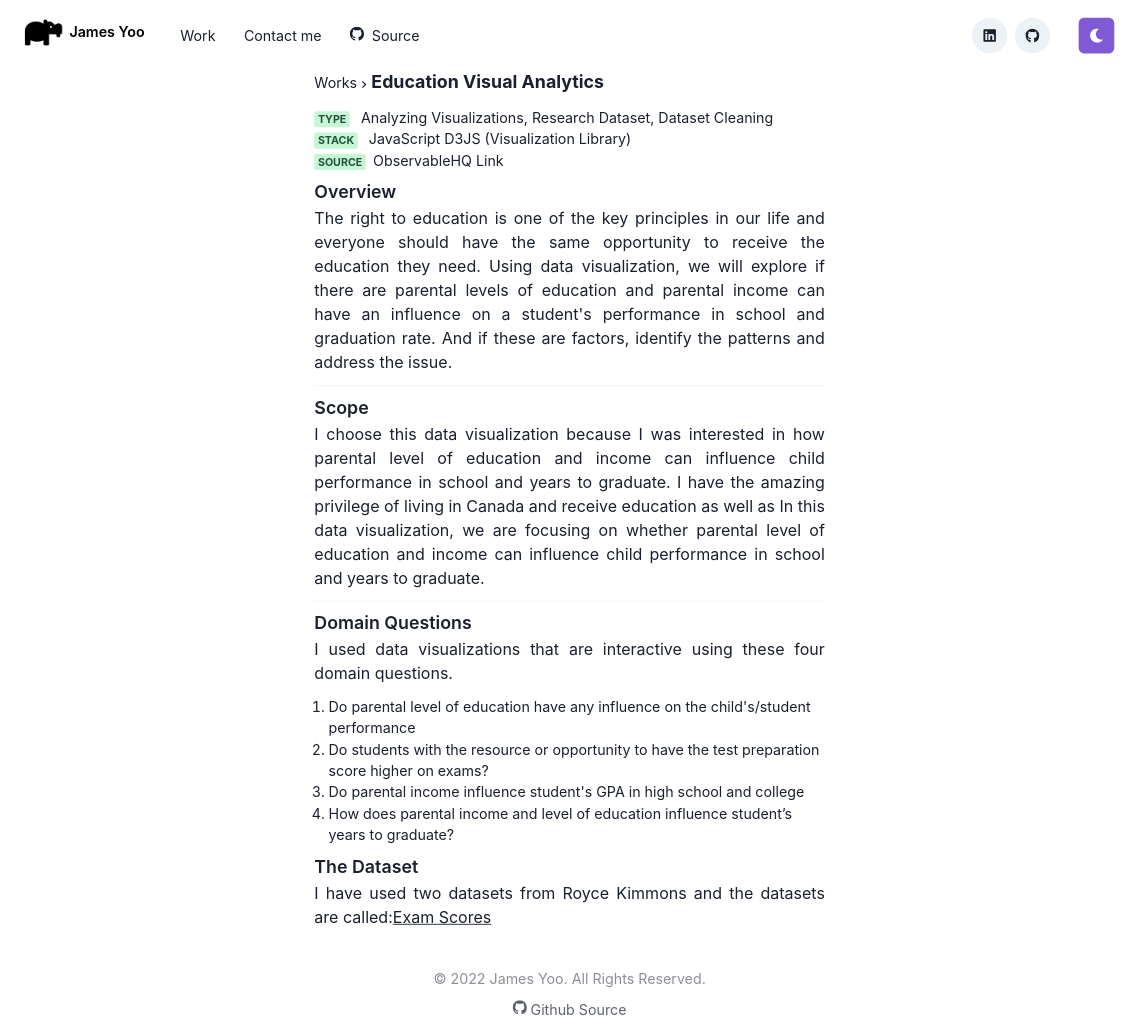
Repository: jammy729/portfolio-2022
Page: /work/educationvisualanalytics
The author's editor kept a copy of each file at every save. The page is drawn from the files as they stood at one save, then again after the next save.
The browser window is 1280 px wide. The pictures show the whole page, at 89% of full size.
The project was rebuilt for these pictures with package versions that can differ from the ones it lists, and the page was loaded fresh each time. Also part of the build but not shown: src/components/home.js, src/components/contact.js, src/components/layouts/layout.js, src/components/work/work.js, src/components/work/Development/WorldInstitutionDatabase/worldinstitutiondatabase.js, src/components/work/Development/GeoMemories/geomemories.js, src/components/work/Design/ExperienceDesign/experiencedesign.js, src/components/work/Development/PersonalPortfolio/personalportfolio.js. Imported but missing from the stored project, and not drawn on this page: src/components/work/Design/FinestCup/finestcup, src/components/work/Development/WorldInstitutionDatabase/universityDatabase.mp4.

Above is the page before, as saved 2022-06-28 16:21:02.

### public/index.html
<!DOCTYPE html>
<html lang="en">
  <head>
    <meta charset="utf-8" />
    <meta name="viewport" content="width=device-width, initial-scale=1" />

    <link rel="shortcut icon" href="%PUBLIC_URL%/hippo.png" />
    <link rel="manifest" href="%PUBLIC_URL%/manifest.json" />

    <title>James Yoo</title>
  </head>
  <body>
    <div id="root"></div>
  </body>
</html>

### src/index.js
import React from 'react'
import ReactDOM from 'react-dom/client'
import './index.css'
import App from './components/App'
import { ChakraProvider, ColorModeScript } from '@chakra-ui/react'

const root = ReactDOM.createRoot(document.getElementById('root'))
root.render(
  <React.StrictMode>
    <ChakraProvider>
      <ColorModeScript initialColorMode='light' />
      <App />
    </ChakraProvider>
  </React.StrictMode>
)

### src/index.css
html, body {
    height: 100%;
  }

### src/components/App.js
import React from 'react'
import Navbar from './navbar'
import { BrowserRouter as Router, Routes, Route } from 'react-router-dom'
import Home from './home'
import Contact from './contact'
import Work from './work/work'
import Footer from './footer'

import UniversityDatabase from './work/Development/WorldInstitutionDatabase/worldinstitutiondatabase'
import GeoMemories from './work/Development/GeoMemories/geomemories'
import FinestCup from './work/Design/FinestCup/finestcup'
import ExperienceDesign from './work/Design/ExperienceDesign/experiencedesign'
import EducationVisualAnalytic from './work/Development/EducationVisualAnalytics/educationvisualanalytics'
import PersonalPortfolio from './work/Development/PersonalPortfolio/personalportfolio'

const App = () => {
  return (
    <Router>
      <Navbar />
      <Routes>
        <Route exact path='/' element={<Home />} />

        <Route exact path='/work' element={<Work />} />
        <Route
          exact
          path='/work/worldinstitutiondatabase'
          element={<UniversityDatabase />}
        />
        <Route exact path='/work/geomemories' element={<GeoMemories />} />
        <Route
          exact
          path='/work/educationvisualanalytics'
          element={<EducationVisualAnalytic />}
        />
        <Route
          exact
          path='/work/personalportfolio'
          element={<PersonalPortfolio />}
        />

        <Route exact path='/work/finestcup' element={<FinestCup />} />
        <Route
          exact
          path='/work/experiencedesign'
          element={<ExperienceDesign />}
        />
        <Route exact path='/contact' element={<Contact />} />
      </Routes>
      <Footer />
    </Router>
  )
}

export default App

### src/components/navbar.js
import { Link } from 'react-router-dom'
import { IconButton } from '@chakra-ui/button'
import { useColorMode } from '@chakra-ui/color-mode'
import { HamburgerIcon } from '@chakra-ui/icons'
import { GoMarkGithub } from 'react-icons/go'
import {
  Flex,
  Stack,
  HStack,
  Spacer,
  MenuItem,
  MenuButton,
  Menu,
  MenuList,
  Box,
  MenuGroup,
  Text,
  Icon
} from '@chakra-ui/react'
import { FaSun, FaMoon, FaGithub, FaLinkedin } from 'react-icons/fa'

import Logo from './logo'
const Navbar = () => {
  const { colorMode, toggleColorMode } = useColorMode()
  const isDark = colorMode === 'dark'
  return (
    <Stack direction={'row'} p={5}>
      <Flex w='full' mx={2}>
        <Logo />

        <HStack
          ml={7}
          justifyContent='center'
          display={{ base: 'none', lg: 'flex' }}
        >
          <Menu>
            <Box px={3}>
              <Link to='./work'>
                <Text>Work</Text>
              </Link>
            </Box>
            <Box px={3}>
              <Link to='/contact'>Contact me</Link>
            </Box>
            <Box px={3} alignItems='center' display='inline-flex'>
              <a
                href='https://github.com/jammy729/portfolio-2022'
                target='blank'
              >
                <Icon as={GoMarkGithub} mr={1} /> Source
              </a>
            </Box>
          </Menu>
        </HStack>

        <Spacer />

        <Box flex={3} align='right' fontSize='md' fontWeight='semibold'>
          <Box flex={1} display={{ base: 'inline-block', lg: 'none' }}>
            <Menu isLazy id='navbar-menu'>
              <IconButton
                boxSize='3rem'
                mx={1}
                icon={isDark ? <FaSun /> : <FaMoon />}
                onClick={toggleColorMode}
                colorScheme={isDark ? 'orange' : 'purple'}
              />
              <MenuButton
                boxSize='3rem'
                as={IconButton}
                icon={<HamburgerIcon />}
                aria-label='Options'
                colorScheme={isDark ? 'blue' : 'blackAlpha'}
              />
              <MenuList w={['80vw', '50vw']}>
                <MenuGroup>
                  <MenuItem pl={5}>
                    <Link to='./work'>Work</Link>
                  </MenuItem>
                  <MenuItem pl={5}>
                    <Link to='./contact'>Contact</Link>
                  </MenuItem>
                  <MenuItem pl={5}>
                    <a
                      href='https://www.linkedin.com/in/james-yoo-b4a1231a5/'
                      target='blank'
                    >
                      <Icon as={FaLinkedin} mr={1} />
                      LinkedIn
                    </a>
                  </MenuItem>
                  <MenuItem pl={5}>
                    <a href='https://github.com/jammy729' target='blank'>
                      <Icon as={GoMarkGithub} mr={1} />
                      GitHub
                    </a>
                  </MenuItem>
                </MenuGroup>
              </MenuList>
            </Menu>
          </Box>
        </Box>

        <Box display={{ base: 'none', lg: 'flex' }}>
          <a
            href='https://www.linkedin.com/in/james-yoo-b4a1231a5/'
            target='blank'
          >
            <IconButton
              icon={<FaLinkedin />}
              isRound='true'
              linkButton={true}
              mx={2}
            />
          </a>
          <a href='https://github.com/jammy729' target='blank'>
            <IconButton icon={<FaGithub />} isRound='true' linkButton={true} />
          </a>
          <IconButton
            ml={8}
            icon={isDark ? <FaSun /> : <FaMoon />}
            onClick={toggleColorMode}
            colorScheme={isDark ? 'orange' : 'purple'}
          />
        </Box>
      </Flex>
    </Stack>
  )
}

export default Navbar

### src/components/footer.js
import { Box, Icon, Text, Container, HStack } from '@chakra-ui/react'
import styled from '@emotion/styled'
import { GoMarkGithub } from 'react-icons/go'

const Bottom = styled.div`
  position: relative;
  width: 100%;
  text-align: center;
  padding-bottom: 10px;
`

const Footer = () => {
  return (
    <Box as='footer'  w="100%" position="absolute" justifyContent="space-between" mt='2rem'>
      <Container opacity={0.5}>
        <Bottom>
          &copy; {new Date().getFullYear()} James Yoo. All Rights Reserved.
        </Bottom>
      </Container>

      <HStack>
        <Bottom>
          <a
            href='https://github.com/jammy729/portfolio-2022'
            target='_blank'
            rel='noopener noreferrer'
          >
            <Text
              opacity={0.7}
              _hover={{
                opacity: '1'
              }}
            >
              <Icon as={GoMarkGithub} mr={1} />
              Github Source
            </Text>
          </a>
        </Bottom>
      </HStack>
    </Box>
  )
}

export default Footer

### src/components/work/Development/EducationVisualAnalytics/educationvisualanalytics.js
import React from 'react'
import { Title, WorkImage, Tag } from '../../../layouts/work-grid'
import {
  Box,
  Container,
  List,
  ListItem,
  OrderedList,
  Divider
} from '@chakra-ui/react'
import { Writing, DescriptionText } from '../../layout'

const EducationVisualAnalytics = () => {
  return (
    <Box>
      <Container>
        <Title>Education Visual Analytics</Title>
        {/* BADGES  */}
        <List>
          <ListItem>
            <Tag> Type </Tag> Analyzing Visualizations, Research Dataset,
            Dataset Cleaning
          </ListItem>
          <ListItem>
            <Tag> Stack </Tag> JavaScript D3JS (Visualization Library)
          </ListItem>
          <ListItem>
            <Tag> Source </Tag>
            <a
              target='blank'
              href='https://observablehq.com/@jamesyoo/iat-355-final-project-spring-2021/2'
            >
              ObservableHQ Link
            </a>
          </ListItem>
        </List>

        {/* OVERVIEW   */}
        <Writing size='md' title='Overview' />
        <DescriptionText>
          The right to education is one of the key principles in our life and
          everyone should have the same opportunity to receive the education
          they need. Using data visualization, we will explore if there are
          parental levels of education and parental income can have an influence
          on a student's performance in school and graduation rate. And if these
          are factors, identify the patterns and address the issue.
        </DescriptionText>

        <Divider />

        {/* SCOPE  */}
        <Writing size='md' title='Scope' />
        <DescriptionText>
          I choose this data visualization because I was interested in how
          parental level of education and income can influence child performance
          in school and years to graduate. I have the amazing privilege of
          living in Canada and receive education as well as In this data
          visualization, we are focusing on whether parental level of education
          and income can influence child performance in school and years to
          graduate.
        </DescriptionText>

        <Divider />

        {/* DOMAIN QUESTIONS  */}
        <Writing size='md' title='Domain Questions' />
        <DescriptionText>
          I used data visualizations that are interactive using these four
          domain questions.
        </DescriptionText>
        <OrderedList>
          <ListItem>
            Do parental level of education have any influence on the
            child's/student performance
          </ListItem>
          <ListItem>
            Do students with the resource or opportunity to have the test
            preparation score higher on exams?
          </ListItem>
          <ListItem>
            Do parental income influence student's GPA in high school and
            college
          </ListItem>
          <ListItem>
            How does parental income and level of education influence student’s
            years to graduate?
          </ListItem>
        </OrderedList>

        {/* THE DATASET  */}
        <Writing size='md' title='The Dataset' />
        <DescriptionText>
          I have used two datasets from Royce Kimmons and the datasets are
          called:
          <a
            href='http://roycekimmons.com/tools/generated_data/exams'
            target='blank'
          >
            <u>Exam Scores</u>
          </a>
        </DescriptionText>
      </Container>
    </Box>
  )
}

export default EducationVisualAnalytics

### src/components/logo.js
import React from 'react'
import { Box, Center, Image, Heading, Text } from '@chakra-ui/react'
import { Link } from 'react-router-dom'
import { useColorMode } from '@chakra-ui/color-mode'
import styled from '@emotion/styled'
import HippoImg from '../contents/hippo.png'
import HippoImgDark from '../contents/hippo-dark.png'
import { useMediaQuery } from '@chakra-ui/react'

const LogoBox = styled.span`
  display: inline-flex;
  align-items: center;

  &:hover img {
    transform: rotate(-10deg);
  }
`
const Logo = () => {
  const { colorMode } = useColorMode()
  const isDark = colorMode === 'dark'
  const [isLargeScreen] = useMediaQuery('(min-width:750px)')
  return (
    <Box>
      <Center>
        <LogoBox>
          <Image
            src={isDark ? HippoImgDark : HippoImg}
            w={{ base: '50px' }}
            pr={2}
          />
          <Heading
            justifyContent='center'
            size={isLargeScreen ? 'md' : 'md'}
            fontWeight='semibold'
            color={isDark ? 'white' : 'black'}
          >
            <Link to='/'>
              <Text fontSize='md'>James Yoo</Text>
            </Link>
          </Heading>
        </LogoBox>
      </Center>
    </Box>
  )
}

export default Logo

### src/components/layouts/work-grid.js
import React from 'react'
import { Link } from 'react-router-dom'
import {
  Box,
  LinkBox,
  LinkOverlay,
  Text,
  Image,
  Heading,
  Badge,
  Center
} from '@chakra-ui/react'
import { useMediaQuery } from '@chakra-ui/media-query'
import { ChevronRightIcon } from '@chakra-ui/icons'
import { useColorMode } from '@chakra-ui/color-mode'

export const WorkGrid = ({ children, id, title, thumbnail }) => {
  const [isLargeScreen] = useMediaQuery('(min-width:750px)')

  return (
    <Box maxW='100%' maxH='auto' pb={6} textAlign='center' position='relative'>
      <Link to={`/work/${id}`}>
        <LinkBox cursor='pointer'>
          <Image
            objectFit='cover'
            margin='auto'
            src={thumbnail}
            alt={title}
            placeholder='blur'
            w='100%'
            h={isLargeScreen ? '300px' : '270px'}
            borderRadius='lg'
            fallbackSrc='https://via.placeholder.com/150'
          />
          <LinkOverlay to={`/work/${id}`}>
            <Text mt={2} fontSize={20} fontWeight='semibold'>
              {title}
            </Text>
          </LinkOverlay>
          <Text fontSize={14} px={5}>
            {children}
          </Text>
        </LinkBox>
      </Link>
    </Box>
  )
}

export const Title = ({ children }) => (
  <Box>
    <Link to='/work'>Works</Link>
    <span>
      <ChevronRightIcon />
    </span>
    <Heading display='inline-block' as='h3' fontSize={20} mb={4}>
      {children}
    </Heading>
  </Box>
)

export const WorkImage = ({ src, alt, caption, w }) => {
  const { colorMode } = useColorMode()

  const isDark = colorMode === 'dark'
  return (
    <Box mb={3}>
      <Image borderRadius='2xl' w={w} src={src} alt={alt} mt={4} />
      <Center>
        <Text color={isDark ? 'gray.300' : 'gray.500'}>{caption}</Text>
      </Center>
    </Box>
  )
}

export const Tag = ({ children }) => (
  <Badge colorScheme='green' mr={2}>
    {children}
  </Badge>
)

### src/components/work/layout.js
import React from 'react'
import { Link } from 'react-router-dom'
import { useColorMode } from '@chakra-ui/color-mode'
import { useMediaQuery } from '@chakra-ui/media-query'

import {
  Center,
  Flex,
  Box,
  Text,
  Button,
  Stack,
  Heading,
  Image
} from '@chakra-ui/react'
import profile from '../work/Home/profile.JPG'
export const HeroSection = ({ name, role, work, contact, src }) => {
  const { colorMode } = useColorMode()
  const isDark = colorMode === 'dark'

  const [isLargeScreen] = useMediaQuery('(min-width:750px)')
  return (
    <Center>
      <Flex>
        <Box>
          <Center>
            <Image
              boxSize={isLargeScreen ? '300px' : '250px'}
              src={profile}
              objectFit='cover'
              borderRadius='lg'
            />
          </Center>

          <Text fontSize='3xl' fontWeight='semibold'>
            {name}
          </Text>
          <Text color={isDark ? 'gray.200' : 'black'} mb={4}>
            {role}
          </Text>
          <Stack direction={isLargeScreen ? 'row' : 'column'}>
            <Link to='./work'>
              <Button
                colorScheme='teal'
                cursor='pointer'
                variant='solid'
                w='100%'
              >
                {work}
              </Button>
            </Link>

            <Link to='./contact'>
              <Button
                colorScheme='teal'
                cursor='pointer'
                variant='outline'
                w='100%'
              >
                {contact}
              </Button>
            </Link>
          </Stack>
        </Box>
      </Flex>
    </Center>
  )
}

export const About = ({ title, bio }) => {
  const [isLargeScreen] = useMediaQuery('(min-width:750px)')

  return (
    <Center>
      <Box width={isLargeScreen ? '600px' : '80%'} margin='auto'>
        <Heading size={isLargeScreen ? 'md' : 'lg'} as='u'>
          {title}
        </Heading>
        <Text
          textAlign='justify'
          py='10px'
          fontSize={{ sm: 'lg', md: 'lg', lg: 'md' }}
        >
          {bio}
        </Text>
      </Box>
    </Center>
  )
}

export const Writings = ({ size, title, description }) => {
  return (
    <>
      <Heading size={size} mt={3} mb={1} fontWeight='semibold'>
        {title}
      </Heading>
      <Text mb={3} fontSize='lg' textAlign='justify'>
        {description}
      </Text>
    </>
  )
}

export const Writing = ({ size, title }) => {
  return (
    <>
      <Heading size={size} mt={3} mb={1} fontWeight='semibold'>
        {title}
      </Heading>
    </>
  )
}

export const DescriptionText = ({ children }) => {
  return (
    <>
      <Text mb={3} fontSize='lg' textAlign='justify'>
        {children}
      </Text>
    </>
  )
}

After the next save:
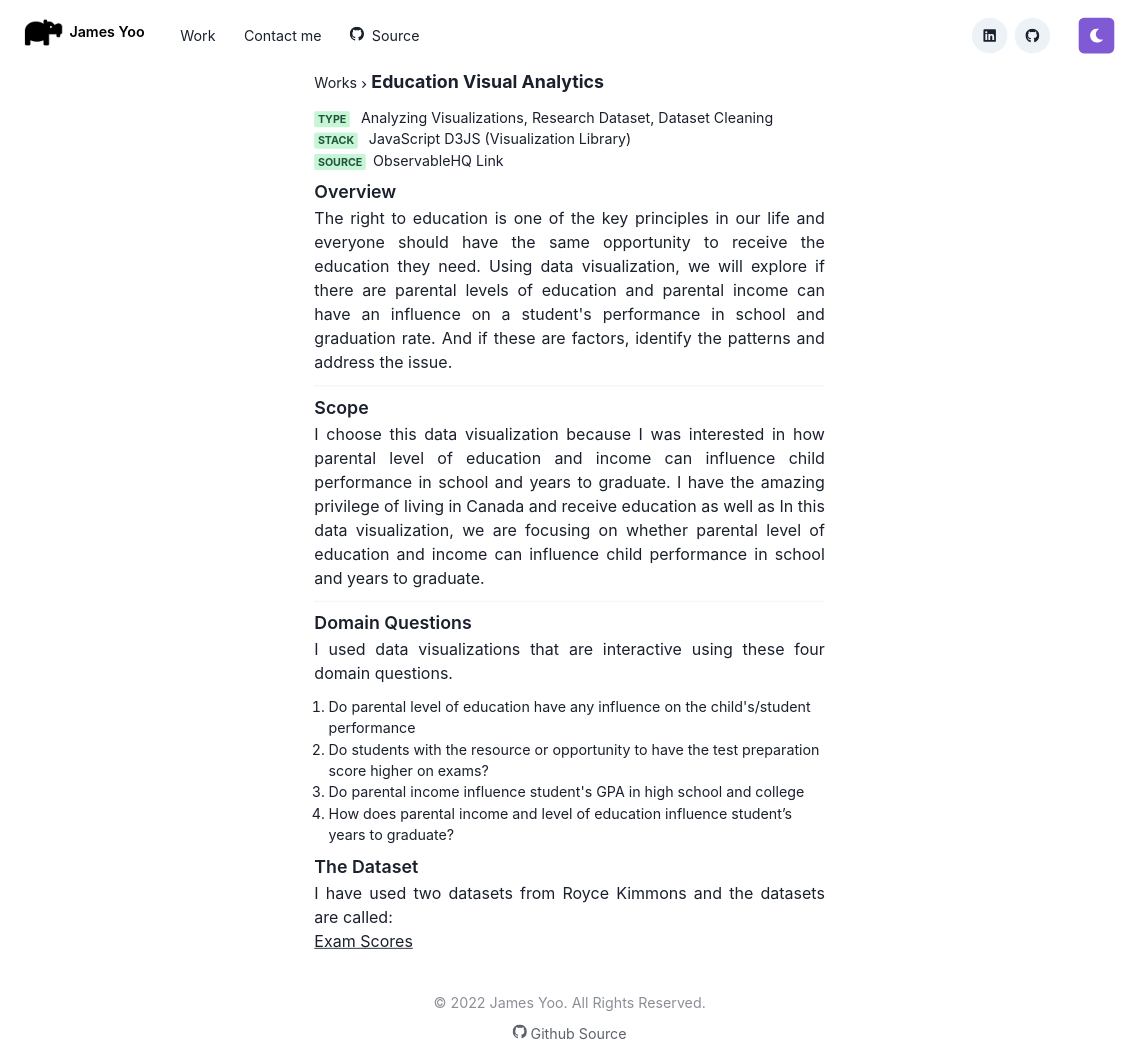
Saved 15 s later.
--- a/src/components/work/Development/EducationVisualAnalytics/educationvisualanalytics.js
+++ b/src/components/work/Development/EducationVisualAnalytics/educationvisualanalytics.js
@@ -91,7 +91,7 @@ const EducationVisualAnalytics = () => {
         <Writing size='md' title='The Dataset' />
         <DescriptionText>
           I have used two datasets from Royce Kimmons and the datasets are
-          called:
+          called: <br />
           <a
             href='http://roycekimmons.com/tools/generated_data/exams'
             target='blank'
